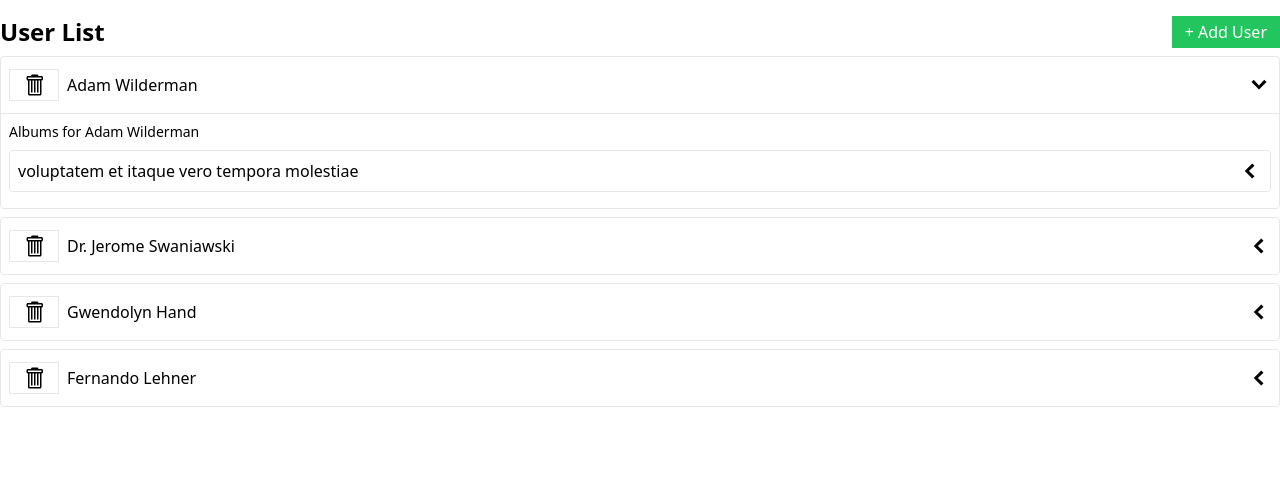
Repository: Marhamat92/users-app-redux-thunk-and-query
Page: /, after clicking the first element matching `div.p-2 > :nth-child(2)`
The author's editor kept a copy of each file at every save. The page is drawn from the files as they stood at one save, then again after the next save.
The browser window is 1280 px wide. The pictures show the whole page.
The project was rebuilt for these pictures with package versions that can differ from the ones it lists, and the page was loaded fresh each time. Requests to the local data server were answered from the project's data file.

Above is the page before, as saved 2023-02-02 17:50:51.

### src/index.js
import React from 'react';
import ReactDOM from 'react-dom/client';
import './index.css';
import App from './App';
import { Provider } from 'react-redux';
import { store } from './store';

const root = ReactDOM.createRoot(document.getElementById('root'));
root.render(
  <Provider store={store}>
    <App />
  </Provider>
);

### src/App.js
import UsersList from "./components/UsersList";


function App() {
  return (
    <div className="container mx-auto">
      <UsersList />
    </div>
  );
}

export default App;

### src/store/index.js
import { configureStore } from '@reduxjs/toolkit';
import { usersReducer } from './slices/usersSlice';
import {albumsApi} from './apis/albumsApi'; //we import the api that we created in the albumsApi.js
import {setupListeners} from '@reduxjs/toolkit/query'; //this is the function that we use //!to listen to the api

export const store = configureStore({
  reducer: {
    users: usersReducer,
    [albumsApi.reducerPath]:albumsApi.reducer //we add the reducer of the api to the store. there is another way: //!albums:albumsApi.reducer
  },
  middleware: (getDefaultMiddleware) => getDefaultMiddleware().concat(albumsApi.middleware) //we add the middleware of the api to the store
  //Middleware helps you with logging, error reporting, making asynchronous requests, and a whole lot more.
 });

setupListeners(store.dispatch); //we use this function to //!listen to the api

export * from './thunks/fetchUsers'; //  We are importing this here and exporting it from here so we can use it in App.js
export * from './thunks/addUser'; //  We are importing this here and exporting it from here so we can use it in App.js
export * from './thunks/removeUser'; //  We are importing this here and exporting it from here so we can use it in App.js
export {useFetchAlbumsQuery,useAddAlbumMutation} from './apis/albumsApi'; //we export the hook of the api to use it in the component

### src/components/UsersList.js
import React, { useEffect, useState } from 'react'
import { fetchUsers, addUser } from '../store'
import { useDispatch, useSelector } from 'react-redux'
import Skeleton from './Skeleton'
import Button from './Button'
import { useThunk } from '../hooks/use-thunk'
import UsersListItem from './UsersListItem'



function UsersList() {
  const dispatch = useDispatch()
  const { data } = useSelector((state) => {
    return state.users;
  });
  // const [isLoadingUsers, setIsLoadingUsers] = useState(false)  //!we removed these two lines because we are using hook useThunk
  // const [loadingUsersError, setLoadingUsersError] = useState(null)
  const [doFetchUsers, isLoadingUsers, loadingUsersError] = useThunk(fetchUsers) //!we are using useThunk hook to get the data from the server
  //! we deleted isLoading and error from destructring because we will use useState instead of isLoading and error which are isLoadingUsers and loadingUsersError
  // const [isAddingUser, setIsAddingUser] = useState(false)
  // const [addingUserError, setAddingUserError] = useState(null)
  const [doAddUser, isAddingUser, addingUserError] = useThunk(addUser) //!we are using useThunk hook to add the data to the server


  useEffect(() => {

    doFetchUsers(); //!we are using doFetchUsers instead of dispatch(fetchUsers()) because we are using useThunk hook
    //when we console log dispatch we see unwrap, so we ca use t to create a promise and then we can use then and catch to show the loading or error accordingly
  }, [doFetchUsers])

  const handleAddUser = () => {
    doAddUser()
  }

  let content;
  if (isLoadingUsers) {
    content = <Skeleton className="h-10 w-full" times={10} />
  } else if (loadingUsersError) {
    content = <div>Error while fetching data..</div>
  } else {
    content = data.map((user) => {
      return (
        <UsersListItem key={user.id} user={user} />
      )
    })
  }


  return (

    <div>
      <div className='flex flex-row justify-between items-center mt-4' >
        <h1 className='text-2xl font-bold' >User List</h1>
        <Button loading={isAddingUser} onClick={handleAddUser} success>
          + Add User
        </Button>
        {addingUserError && <div>Error while adding user</div>}
      </div>
      {content}
    </div>
  )
}

export default UsersList

### src/store/slices/usersSlice.js
import { createSlice } from '@reduxjs/toolkit';
import { fetchUsers } from '../thunks/fetchUsers';
import { addUser } from '../thunks/addUser';
import { removeUser } from '../thunks/removeUser';

const usersSlice = createSlice({
  name: "users",
  initialState: {
    data: [],
    // isLoading: false,
    // error: null,

  },
  reducers: {},// we don't need reducers here because we are not creating a slice, we are creating a slice for fetching users in src/store/thunks/fetchUsers.//js
  extraReducers(builder) {
    builder.addCase(fetchUsers.pending, (state, action) => { state.isLoading = true });
    builder.addCase(fetchUsers.fulfilled, (state, action) => { state.isLoading = false; state.data = action.payload; });
    builder.addCase(fetchUsers.rejected, (state, action) => { state.isLoading = false; state.error = action.payload; });
    builder.addCase(addUser.pending, (state, action) => { state.isLoading = true; })
    builder.addCase(addUser.fulfilled, (state, action) => { state.isLoading = false; state.data.push(action.payload) });
    builder.addCase(addUser.rejected, (state, action) => { state.isLoading = false; state.error = action.error });
    builder.addCase(removeUser.pending, (state, action) => { state.isLoading = true })
    builder.addCase(removeUser.fulfilled, (state, action) => { state.isLoading = false; state.data = state.data.filter(user => user.id !== action.payload.id) })
    builder.addCase(removeUser.rejected, (state, action) => { state.isLoading = false; state.error = action.error })
  }

});


//pending means that we are waiting for the response from the server
//fulfilled means that we got the response from the server
//rejected means that we got an error from the server

export const usersReducer = usersSlice.reducer;

### src/store/apis/albumsApi.js
 import { createApi,fetchBaseQuery} from '@reduxjs/toolkit/query/react'
  import {faker} from '@faker-js/faker'

 const albumsApi = createApi({
    reducerPath: 'albums',  //this is the name of the reducer that we will use in the store
    baseQuery: fetchBaseQuery({   //normally we cant use axios because of redux query has fetch function and its configuration is with fetchBaseQuery
      baseUrl: "http://localhost:3004"
    }),
    endpoints(builder){
      return {
        fetchAlbums:builder.query({ //we are making //!builder.query because we want to get data from the api and we can make //!builder.mutation if we want to send data to the api or delete or update
          query:(user)=>{ //we pass the user as a parameter to the query because we need the user id to get the albums of the user from the api and how we found user id in the thunk we pass it to the query
            return {
              url:'/albums',  //this is the url of the api that we add to base url
              params:{      //this is the query parameter that we add to the url ex: http://localhost:3004/albums?userId=1
                userId:user.id //we can add more than one parameter
              },
              method:'GET' //this is the method of the api
              //we don't add body because we don't need to send data to the api
            }
          }
        }),
        addAlbum:builder.mutation({ //we are making //!builder.mutation because we want to send data to the api
          query:(user)=>{
            return {
              url:'/albums',
              method:'POST',
              body:{   //this is the body of the api that we send to the api
                userId:user.id,
                title:faker.commerce.productName()
              }
            }
          }
        })
      }

    }

 });

 export const {useFetchAlbumsQuery, useAddAlbumMutation } = albumsApi; //this is the hook that we use in the component and we take this name from the name of the endpoint,it can be any name we want , for example we name it getAlbums and below we will use useGetAlbumsQuery
 export {albumsApi} //we export the api to use it in the store

### src/store/thunks/fetchUsers.js
import { createAsyncThunk } from "@reduxjs/toolkit";  // we use createAsyncThunk instead of createSlice here because we are not creating a slice, we are creating a thunk for fetching users
import axios from "axios";

const fetchUsers = createAsyncThunk('users/fetch', async () => {
  const response = await axios.get('http://localhost:3004/users')

  //!lets add short pause for development test to see if loading works or not (we will remove it later)
  await pause(1000) //! we are using await here because we want to wait for the pause to finish before we return the response.data
  return response.data;
})


//!lets add short pause for development test to see if loading works or not (we will remove it later)
const pause = (duration) => {
  return new Promise((resolve) => {
    setTimeout(
      resolve, duration)
  })
}


// when we create async thunk, fetchUsers.pending, fetchUsers.fulfilled, fetchUsers.rejected are automatically created and we can use them inside extraReducers in src/store/slices/usersSlice.js
//so fetchUsers.pending === 'users/fetch/pending', fetchUsers.fulfilled === 'users/fetch/fulfilled', fetchUsers.rejected === 'users/fetch/rejected'

//pending means that we are waiting for the response from the server
//fulfilled means that we got the response from the server
//rejected means that we got an error from the server

export { fetchUsers };

### src/store/thunks/addUser.js
import { createAsyncThunk } from '@reduxjs/toolkit';
import axios from 'axios';
import { faker } from '@faker-js/faker';

const addUser = createAsyncThunk('users/add', async () => {
  const response = await axios.post('http://localhost:3004/users', {
    name: faker.name.fullName(),
  });

  return response.data;
});

export { addUser };

### src/store/thunks/removeUser.js
import { createAsyncThunk } from '@reduxjs/toolkit';
import axios from 'axios';

const removeUser = createAsyncThunk(
  'users/remove', async (user) => {
    axios.delete(`http://localhost:3004/users/${user.id}`);
    return user;
  });

export { removeUser }

### src/components/Skeleton.js
import React from 'react'
import classNames from 'classnames'

function Skeleton({ times, className }) {

  const outerClassNames = classNames(
    'relative',
    'overflow-hidden',
    'bg-gray-200',
    'rounded',
    'mb-2.5',
    'mt-2.5',
    className
  );
  const innerClassNames = classNames(
    'animate-shimmer',
    'absolute',
    'inset-0',
    '-translate-x-full',
    'bg-gradient-to-r',
    'from-gray-200',
    'via-white',
    'to-gray-200',


  );

  const boxes = Array(times).fill(0).map((_, i) => {
    return (<div key={i} className={outerClassNames}>
      <div className={innerClassNames} />
    </div>)
  });



  return boxes
}

export default Skeleton

### src/components/Button.js
import className from 'classnames';
import { GoSync } from 'react-icons/go'

function Button({
  children,
  primary,
  secondary,
  success,
  warning,
  danger,
  outline,
  rounded,
  loading,
  ...rest
}) {
  const classes = className(
    rest.className,
    'flex items-center px-3 py-1.5 border h-8',
    {
      'opacity-80': loading,
      'border-blue-500 bg-blue-500 text-white': primary,
      'border-gray-900 bg-gray-900 text-white': secondary,
      'border-green-500 bg-green-500 text-white': success,
      'border-yellow-400 bg-yellow-400 text-white': warning,
      'border-red-500 bg-red-500 text-white': danger,
      'rounded-full': rounded,
      'bg-white': outline,
      'text-blue-500': outline && primary,
      'text-gray-900': outline && secondary,
      'text-green-500': outline && success,
      'text-yellow-400': outline && warning,
      'text-red-500': outline && danger,
    }
  );

  return (
    <button disabled={loading} {...rest} className={classes}>
      {loading ? <GoSync className="animate-spin" /> : children}
    </button>
  );
}

Button.propTypes = {
  checkVariationValue: ({ primary, secondary, success, warning, danger }) => {
    const count =
      Number(!!primary) +
      Number(!!secondary) +
      Number(!!warning) +
      Number(!!success) +
      Number(!!danger);

    if (count > 1) {
      return new Error(
        'Only one of primary, secondary, success, warning, danger can be true'
      );
    }
  },
};

export default Button;

### src/hooks/use-thunk.js
import { useState, useCallback } from 'react'
import { useDispatch } from 'react-redux'

export function useThunk(thunk) {
  const [isLoading, setIsLoading] = useState(false);
  const [error, setError] = useState(null);
  const dispatch = useDispatch();

  const runThunk = useCallback(
    (arg) => {
      setIsLoading(true);
      dispatch(thunk(arg))
        .unwrap()
        .catch((err) => setError(err))
        .finally(() => setIsLoading(false));
    },
    [dispatch, thunk]
  );

  return [runThunk, isLoading, error];
}

### src/components/UsersListItem.js
import React from 'react'
import { GoTrashcan } from 'react-icons/go';
import { removeUser } from '../store';
import Button from './Button';
import { useThunk } from '../hooks/use-thunk';
import ExpandablePanel from './ExpandablePanel';
import AlbumsList from './AlbumsList';


function UsersListItem({ user }) {
  const [doRemoveUser, isLoading, error] = useThunk(removeUser)

  const handleRemoveUser = () => {
    doRemoveUser(user)
  }

  const header = <>
    <Button onClick={handleRemoveUser} loading={isLoading} >
      <GoTrashcan className='text-2xl hover:text-red-500 cursor-pointer ' />
    </Button>
    <div className='flex p-2 justify-between items-center cursor-pointer' >{user.name}</div>
  </>

  return (<ExpandablePanel header={header} >
    <AlbumsList user={user} />
  </ExpandablePanel>
  )
}

export default UsersListItem

### src/components/ExpandablePanel.js
import React, { useState } from 'react'
import { GoChevronDown, GoChevronLeft } from 'react-icons/go'

function ExpandablePanel({ header, children }) {
  const [expanded, setExpanded] = useState(false)


  const toggleExpanded = () => {
    setExpanded(!expanded)
  }



  return (
    <div className="mb-2 border rounded mt-2">
      <div className="flex p-2 justify-between items-center ">
        <div className="flex flex-row items-center justify-between">
          {header}
        </div>
        <div className='cursor-pointer' onClick={toggleExpanded} >
          {expanded ? <GoChevronDown className='text-2xl' /> : <GoChevronLeft className='text-2xl' />}
        </div>
      </div>
      {
        expanded && <div className='p-2 border-t' >
          {children}
        </div>
      }

    </div>
  )
}

export default ExpandablePanel

### src/components/AlbumsList.js
import React from 'react'
import { useFetchAlbumsQuery } from '../store';
import Skeleton from './Skeleton'
import Button from './Button'
import ExpandablePanel from './ExpandablePanel'


function AlbumsList({ user }) {

 const {data,error,isLoading} = useFetchAlbumsQuery(user) //we use the hook of the api to get the data from the api and we pass the user as a parameter to the query because we need the user id to get the albums of the user from the api. error and isLoading are the same as the other hooks which we use in the thunk and we use them to handle the errors and loading
//!we dont use useEffect because the hook of the api is a useEffect hook
 console.log(data,error,isLoading)


 let content;
 if(isLoading){
    content = <Skeleton times={3} />
 } else if(error){
    content = <div>Error Fetching Albums....</div>
 }else{
    content = data.map((album)=>{
      return (
        <ExpandablePanel key={album.id} header={album.title}>
          Photos
        </ExpandablePanel>

      )
    })
 }



  return (
    <div>
      <h1 className="text-sm">
      {`Albums for ${user.name}`}
      </h1>
      <div>
        {content}
      </div>
    </div>
  )
}

export default AlbumsList

### tailwind.config.js
/** @type {import('tailwindcss').Config} */
module.exports = {
  content: [
    "./src/**/*.{js,jsx,ts,tsx}",
  ],
  theme: {
    extend: {
      keyframes: {
        shimmer: {
          '100%': { transform: 'translateX(100%)' },
        },
      },
      animation: {
        shimmer: 'shimmer 1.5s infinite',
      },
      colors: {},
      fontFamily: {},
      fontSize: {},
      fontWeight: {},
      height: {},
      inset: {},
      letterSpacing: {},
      lineHeight: {},
      margin: {},
      maxHeight: {},
      maxWidth: {},
      minHeight: {},
      minWidth: {},
      opacity: {},
      padding: {},
      screens: {
        xs: "320px",
        sm: "640px",
        md: "768px",
        lg: "1024px",
        xl: "1280px",
        "2xl": "1536px",

      },
      spacing: {},
      stroke: {},
      strokeWidth: {},
      textColor: {},
      width: {},
      zIndex: {},
    },
  },
  plugins: [],
}

### db.json
{
  "users": [
    {
      "name": "Adam Wilderman",
      "id": 3
    },
    {
      "name": "Dr. Jerome Swaniawski",
      "id": 6
    },
    {
      "name": "Gwendolyn Hand",
      "id": 10
    },
    {
      "name": "Fernando Lehner",
      "id": 12
    }
  ],
  "albums": [
    {
      "id":10,
      "title":"voluptatem et itaque vero tempora molestiae",
      "userId":3
    },
    {
      "id":15,
      "title":"voluptatem et itaque",
      "userId":12
    }
  ],
  "photos": []
}

Loaded but not shown: public/index.html (common file); src/index.css (common file)

After the next save:
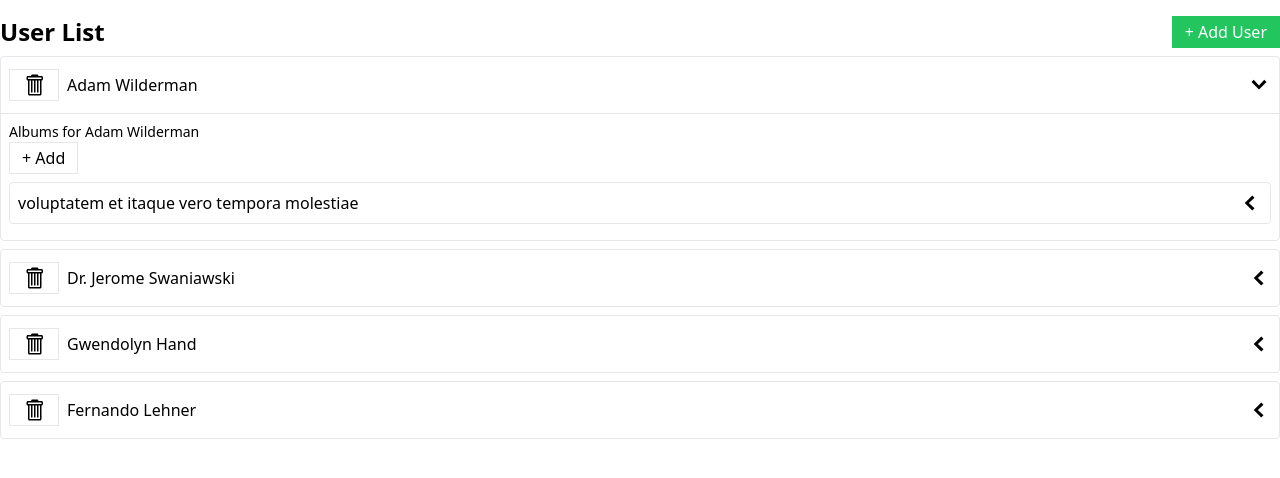
Saved 4 min 30 s later.
--- a/src/components/AlbumsList.js
+++ b/src/components/AlbumsList.js
@@ -1,15 +1,22 @@
 import React from 'react'
-import { useFetchAlbumsQuery } from '../store';
+import { useFetchAlbumsQuery,useAddAlbumMutation } from '../store';
 import Skeleton from './Skeleton'
 import Button from './Button'
 import ExpandablePanel from './ExpandablePanel'
+
 
 
 function AlbumsList({ user }) {
 
  const {data,error,isLoading} = useFetchAlbumsQuery(user) //we use the hook of the api to get the data from the api and we pass the user as a parameter to the query because we need the user id to get the albums of the user from the api. error and isLoading are the same as the other hooks which we use in the thunk and we use them to handle the errors and loading
 //!we dont use useEffect because the hook of the api is a useEffect hook
- console.log(data,error,isLoading)
+
+
+const [addAlbum,results] = useAddAlbumMutation() //we use the hook of the api to send data to the api and we use the results to handle the errors and loading
+
+const handleAddAlbum=()=>{
+  addAlbum(user) //we pass the user as a parameter to the query because we need the user id to send the album to the api
+}
 
 
  let content;
@@ -32,9 +39,13 @@ function AlbumsList({ user }) {
 
   return (
     <div>
+      <div>
       <h1 className="text-sm">
       {`Albums for ${user.name}`}
       </h1>
+<Button>+ Add</Button>
+      </div>
+
       <div>
         {content}
       </div>
